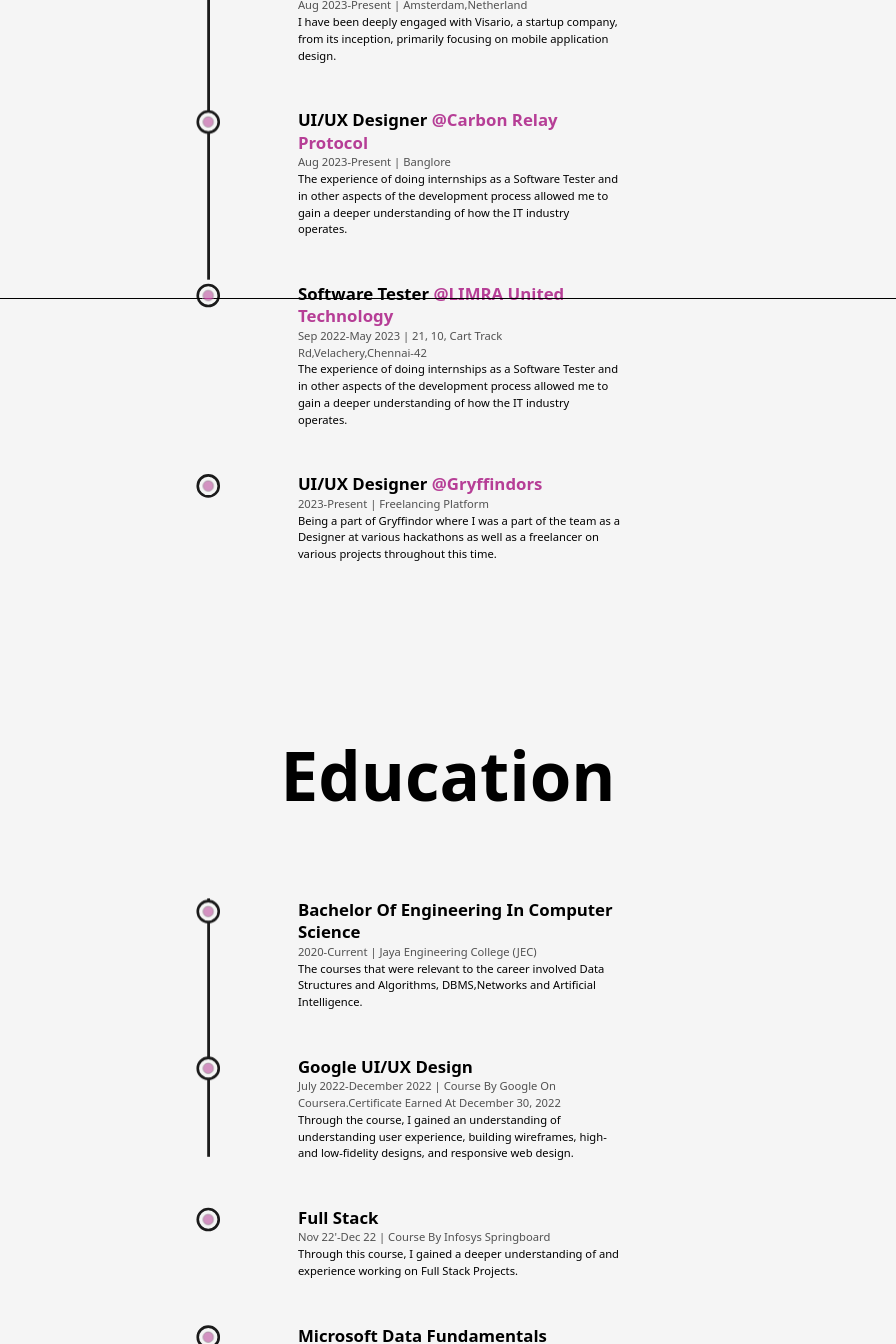
Repository: SMaheshwaran/PP
Page: /about
These files come from the project's save history. The page is drawn as it stood at one moment and after the next save; the edit follows.
The browser window is 1280 px wide. The pictures show the part of the page from y = 2478 to 4398 px (the page is 5532 px tall before and 5508 px after), at 70% of full size.
The project was rebuilt for these pictures with package versions that can differ from the ones it lists, and the page was loaded fresh each time. The framework's server and built-in components were replaced by stand-ins that run in the browser. Also part of the build but not shown: next.config.js.

Above is the page before, as saved 2023-11-01 15:13:22.

### src/pages/_app.js
import Footer from '@/components/Footer';
import NavBar from '@/components/NavBar';
import '@/styles/globals.css'
import {Montserrat} from "next/font/google"
import Head from 'next/head'
import {AnimatePresence } from "framer-motion"
import { useRouter } from 'next/router';

const montserrat = Montserrat({
  subsets: ["latin"],
  variable:"--font-mont"
})

export default function App({ Component, pageProps }) {
  const router = useRouter();
  return (
    <>
    < Head>
    <meta name="viewport" content="width=device-width, initial-scale=1" />
    <link rel="icon" href="/favicon.ico" />
    </Head>

    <main className={`${montserrat.variable} font-mont bg-light dark:bg-dark w-full min-h-screen`}>
      <NavBar />
      <AnimatePresence mode="wait">
        <Component key={router.asPath} {...pageProps} />
      </AnimatePresence>
      <Footer />
  </main>
    </>
  );
}

### src/pages/_document.js
import { Html, Head, Main, NextScript } from 'next/document'
import Script from 'next/script'

export default function Document() {
  return (
    <Html lang="en">
      <Head />
      <body>
        <Script id="theme-switcher" strategy='beforeInteractive'>
          {`if (localStorage.theme === 'dark' || (!('theme' in localStorage) && window.matchMedia('(prefers-color-scheme: dark)').matches)) {
  document.documentElement.classList.add('dark')
} else {
  document.documentElement.classList.remove('dark')
}`}
        </Script>
        <Main />
        <NextScript />
      </body>
    </Html>
  )
}

### src/components/Footer.js
import React from 'react'
import Layout from './Layout'
import Link from 'next/link'

const Footer = () => {
  return (
    <footer className='w-full text-lg font-medium border-t-2 border-solid border-dark dark:text-light dark:border-light sm:text-base'>
        <Layout className='flex items-center justify-between py-8 lg:flex-col lg:py-6'>
            <span>{new Date().getFullYear()} &copy; All Rights Reserved.</span>
            <div className='flex items-center lg:py-2'>
                Build With <span className='px-1 text-2xl text-primary dark:text-primaryDark'>&#9825;</span>
            by&nbsp;<Link href="https://instagram.com/__._.mahi._._?igshid=ZDdkNTZiNTM=" target={"_blank"} className='underline underline-offset-2'>Mahesh</Link>
            </div>
            <Link href="https://www.instagram.com/mui_mux/" target={"_blank"} className='underline underline-offset-2'>Ping Me!</Link>
        </Layout>
    </footer>
  )
}

export default Footer

### src/components/AnimatedText.js
import React from 'react'
import {motion } from 'framer-motion'

const quote = {
    initial:{
        opactiy:1,
    },
    animate:{
       opactiy:1,
       transition:{
           delay:0.5,
           staggerChildren: 0.08,

       }
    }
}

const singleWord = {
    initial:{
        opactiy:0,
        y:50,
    },
    animate:{
       opactiy:1,
       y:0,
       transition:{
           duration:1,
       }
    }
}

const AnimatedText = ({text, className=""}) => {
  return (
    <div className='flex items-center justify-center w-full py-2 mx-auto overflow-hidden text-center sm:py-0'>
        <motion.h1 className={`inline-block w-full text-dark font-bold capitalize text-8xl dark:text-light ${className}`}
        variants={quote}
        initial="initial"
        animate="animate"
        >
            {

                text.split(" ").map((word,index) =>
                <motion.span key={word+'-'+index} className="inline-block"
                variants={singleWord}
                >
                    {word}&nbsp;
                </motion.span>
                )
            }
            </motion.h1>
        </div>
  )
}

export default AnimatedText

### src/components/Layout.js
import React from 'react'

const Layout = ({children,className=""}) => {
  return (
    <div className={`w-full h-full inline-block z-0 bg-light p-32 dark:bg-dark xl:p-24 lg:p-16 md:p-12 sm:p-8  ${className}`}>
        {children}
    </div>
  )
}

export default Layout

### src/components/Skills.js
import React from 'react'
import {motion} from "framer-motion"

const Skill = ({name,x,y}) => {

  return(
    <motion.div className='flex items-center justify-center rounded-full font-semibold bg-dark text-light
    py-3 px-6 shadow-dark cursor-pointer absolute dark:text-dark dark:bg-light
    lg:py-2 lg:px-4 md:text-sm md:py-1.5 md:px-3 xs:bg-transparent xs:dark:bg-transparent
    xs:text-dark xs:dark:text-light xs:font-bold
    '
    whileHover={{scale:1.05}}
    initial={{x:0,y:0}}
    whileInView={{ x:x, y:y, transition: {duration:1.5} }}
    viewport={{once:true}}
    >
      {name}
    </motion.div>
  )
}

const Skills = () => {
  return (
    <>
    <h2 className='w-full mt-64 font-bold text-center text-8xl md:text-6xl md:mt-32'>Skills</h2>
    <div className='relative flex items-center justify-center w-full h-screen rounded-full bg-circularLight dark:bg-circularDark
    lg:h-[80vh] sm:h-[60vh] xs:h-[50vh]
    lg:bg-circularLightLg lg:dark:bg-circularDarkLg
    md:bg-circularLightMd md:dark:bg-circularDarkMd
    sm:bg-circularLightSm sm:dark:bg-circularDarkSm
    '>
      <motion.div className='flex items-center justify-center p-8 font-semibold rounded-full cursor-pointer bg-dark text-light shadow-dark dark:text-dark dark:bg-light lg:p-6 md:p-4 xs:text-xs xs:p-2 '
      whileHover={{scale:1.05}}
      >Web
      </motion.div>

      <Skill name="HTML" x="-20vw" y="2vw"/>
      <Skill name="CSS" x="3vw" y="-7vw"/>
      <Skill name="Javascript" x="20vw" y="4vw"/>
      <Skill name="ReactJS" x="-10vw" y="11vw"/>
      <Skill name="NextJS" x="-22vw" y="-15vw"/>
      <Skill name="Web Design" x="32vw" y="-6vw"/>
      <Skill name="Graphic Design" x="15vw" y="-15vw"/>
      <Skill name="Figma" x="-7vw" y="-21vw"/>
      <Skill name="Tailwindcss" x="-29vw" y="18vw"/>
      <Skill name="Adobe XD" x="9vw" y="-24vw"/>



    </div>
    </>
  )
}

export default Skills

### src/components/Experience.js
import {React,useRef } from 'react';
import { motion,useScroll } from "framer-motion"
import LiIcon from './LiIcon';

const Details = ({position,company,companyLink,time,address,work}) =>{
    const ref = useRef(null);


    return (

    <li ref={ref} className="my-8 first:mt-0 last:mb-0 w-[60%] mx-auto flex flex-col items-center justify-between md:w-[80%]">

           <LiIcon reference={ref}/>
            <motion.div
            initial={{y:50}}
            whileInView={{y:0}}
            transition={{duration:0.5,type:"spring"}}
            >
                <h3 className="text-2xl font-bold capitalize sm:text-xl xs:text-lg">{position}&nbsp;<a href={companyLink}
                target="_blank"
                className="capitalize dark:text-primaryDark text-primary"
                >@{company}</a></h3>
                <span className="font-medium capitalize text-dark/75 dark:text-light/75 xs:text-sm">
                   {time} | {address}
                </span>
                <p className="w-full font-medium md:text-sm">
                    {work}
                </p>
            </motion.div>
     </li>
  );
};



const Experience = () => {
    const ref = useRef (null);
    const {scrollYProgress} = useScroll(
        {
            target: ref,
            offset: ["start end", "center start"]

        }
    )
  return (
    <div className="my-64">
     <h2 className="w-full mb-32 font-bold text-center text-8xl md:text-6xl xs:text-4xl md:mb-16">
         Experience
         </h2>

    <div ref={ref}className="w-[75%] mx-auto relative lg:w-[90%] md:w-full">

<motion.div
style={{scaleY: scrollYProgress}}
className="absolute left-10 top-0 w-[4px] h-full bg-dark origin-top dark:bg-light
md:w-[2px] md:left-[35px] xs:left-[33px]
"/>
        <ul className="flex flex-col items-start justify-between w-full ml-4 xs:ml-5">
        <Details
            position="UI/UX Designer"
            company="Visario Pvt.Ltd"
            commpanyLink="https://www.linkedin.com/company/limraunited/mycompany/"
            time="Aug 2023-Present"
            address="Amsterdam,Netherland"
            work="I have been deeply engaged with Visario, a startup company, from its
            inception, primarily focusing on mobile application design."
            />

        <Details
            position="UI/UX Designer"
            company="Carbon Relay Protocol"
            commpanyLink="https://www.linkedin.com/company/limraunited/mycompany/"
            time="Aug 2023-Present"
            address="Banglore"
            work="The experience of doing internships as a Software Tester and in other aspects of the development process allowed me to gain a deeper understanding of how the IT industry operates."
            />

            <Details
            position="Software Tester"
            company="LIMRA United Technology"
            commpanyLink="https://www.linkedin.com/company/limraunited/mycompany/"
            time="Sep 2022-May 2023"
            address="21, 10, Cart Track Rd,Velachery,Chennai-42"
            work="The experience of doing internships as a Software Tester and in other aspects of the development process allowed me to gain a deeper understanding of how the IT industry operates."
            />

<Details
            position="UI/UX Designer"
            company="Gryffindors"
            commpanyLink="https://gryffindors.vercel.app/"
            time="2023-Present"
            address="Freelancing Platform"
            work="Being a part of Gryffindor where I was a part of the team as a Designer at various hackathons as well as a freelancer on various projects throughout this time."
            />




        </ul>

        </div>

    </div>
  )
}

export default Experience

### src/components/Education.js
import {React,useRef } from 'react';
import { motion,useScroll } from "framer-motion"
import LiIcon from './LiIcon';

const Details = ({type,time,place,info}) =>{
    const ref = useRef(null);


    return (

    <li ref={ref} className="my-8 first:mt-0 last:mb-0 w-[60%] mx-auto flex flex-col items-center justify-between md:w-[80%]">

           <LiIcon reference={ref}/>
            <motion.div
            initial={{y:50}}
            whileInView={{y:0}}
            transition={{duration:0.5,type:"spring"}}
            >
                <h3 className="text-2xl font-bold capitalize sm:text-xl xs:text-lg">
                    {type}
                </h3>
                <span className="font-medium capitalize text-dark/75 dark:text-light/75 xs:text-sm">
                   {time} | {place}
                </span>
                <p className="w-full font-medium md:text-sm">
                    {info}
                </p>
            </motion.div>
     </li>
  );
};



const Education = () => {
    const ref = useRef (null);
    const {scrollYProgress} = useScroll(
        {
            target: ref,
            offset: ["start end", "center start"]

        }
    )
  return (
    <div className="my-64">
     <h2 className="w-full mb-32 font-bold text-center text-8xl md:text-6xl xs:text-4xl md:mb-16">
     Education
         </h2>

    <div ref={ref}className="w-[75%] mx-auto relative lg:w-[90%] md:w-full">

<motion.div
style={{scaleY: scrollYProgress}}
className="absolute left-10 top-0 w-[4px] h-full bg-dark origin-top dark:bg-light
md:w-[2px] md:left-[35px] xs:left-[33px]"/>
        <ul className="flex flex-col items-start justify-between w-full ml-4 xs:ml-5">
            <Details
            type="Bachelor Of Engineering In Computer Science"
            time="2020-Current"
            place="Jaya Engineering College (JEC)"
            info=" The courses that were relevant to the career involved Data Structures and Algorithms, DBMS,Networks and Artificial Intelligence."
            />
            <Details
            type="Google UI/UX Design"
            time="July 2022-December 2022"
            place="Course By Google on Coursera.Certificate earned at December 30, 2022  "
            info="Through the course, I gained an understanding of understanding user experience, building wireframes, high- and low-fidelity designs, and responsive web design."
            />
             <Details
            type="Full Stack"
            time="Nov 22'-Dec 22"
            place="Course By Infosys Springboard"
            info="Through this course, I gained a deeper understanding of and experience working on Full Stack Projects."
            />
            <Details
            type="Microsoft Data Fundamentals"
            time="Sept-22'"
            place="Course By Microsoft"
            info="Gained knowledge and experience with Exploring
            modern data warehouse analytics in Microsoft Azure through this course."
            />
              <Details
            type="CAD Modeling"
            time="Sept-22'"
            place="Course By Bentley Institute"
            info="Through this training, I have have acquired skills and knowledge that helps in 2D/3D CAD Modeling of Building Design"
            />
            <Details
            type="Robotics Automation Process"
            time="Oct-22'"
            place="Course By Automation Anywhere"
            info="Through this training, I have have acquired skills and knowledge that allows
             to continue my journey to Robotics Process Automation success."
            />
            <Details
            type="Python"
            time="Jan-2019'"
            place="Course By University Of Michigan"
            info="An online non-credit course authorized by University of Michigan and offered through
            Coursera on PYTHON"
            />
        </ul>

        </div>

    </div>
  )
}

export default Education

### src/components/TransitionEffect.js
import React from 'react'
import { motion } from 'framer-motion'

const TransitionEffect = () => {
  return (
    <>
    <motion.div className='fixed top-0 bottom-0 z-30 w-screen h-screen right-full bg-blue'
    initial={{x:"100%",width:"100"}}
    animate={{x:"0%",width:"0"}}
    exit={{x:["0%","100%"],width:["0%","100%"]}}
    transition={{duration:0.8,ease:"easeInOut"}}
    />
    <motion.div className='fixed top-0 bottom-0 z-20 w-screen h-screen right-full bg-light'
    initial={{x:"100%",width:"100"}}
    animate={{x:"0%",width:"0"}}
    transition={{delay:0.2,duration:0.8,ease:"easeInOut"}}
    />
    <motion.div className='fixed top-0 bottom-0 z-10 w-screen h-screen right-full bg-dark'
    initial={{x:"100%",width:"100"}}
    animate={{x:"0%",width:"0"}}
    transition={{delay:0.4,duration:0.8,ease:"easeInOut"}}
    />
    </>
  )
}

export default TransitionEffect

### src/components/BackToTop.js
import React, { useState, useEffect } from 'react';
import { BsArrowUpCircleFill } from "react-icons/bs";

const BackToTop = () => {
  const [showButton, setShowButton] = useState(false);

  useEffect(() => {
    const handleScroll = () => {
      const currentPosition = window.pageYOffset;
      if (currentPosition > 200) {
        setShowButton(true);
      } else {
        setShowButton(false);
      }
    };
    window.addEventListener('scroll', handleScroll);
    return () => {
      window.removeEventListener('scroll', handleScroll);
    };
  }, []);

  const handleClick = () => {
    window.scrollTo({
      top: 0,
      behavior: 'smooth',
    });
  };

  return (
    <>
      {showButton && (
        <div
          className="fixed z-50 bottom-4 right-4"
          onClick={handleClick}
          role="button"
          aria-label="Back to top"
        >
          <BsArrowUpCircleFill className="text-4xl border border-transparent border-solid rounded-full text-dark bg-dark text-light dark:border-light" />
        </div>
      )}
    </>
  );
};

export default BackToTop;

### src/components/logo.js
import Link from 'next/link'
import React from 'react'
import {motion}  from "framer-motion";

const MotionLink = motion(Link);

const logo = () => {
  return (
    <div className='flex items-center mt-2 justify-centre'>
        <MotionLink href="/"
            className='flex items-center justify-center w-16 h-16 text-2xl font-bold border border-transparent border-solid rounded-full bg-dark text-light dark:border-light'
            whileHover={{
                backgroundColor:["#121212", "rgba(131,58,180,1)","rgba(253,29,29,1)","rgba(252,176,69,1)","rgba(131,58,180,1)", "#121212"],
                transition:{duration:1, repeat: Infinity}
            }}

            >M</MotionLink>
        </div>
  )
}

export default logo

### src/components/hooks/useThemeSwitcher.js
import React, {useEffect, useState} from 'react'

const useThemeSwitcher = () => {

    const preferDarkQuery = "(prefer-color-scheme: dark)";
    const [mode,setMode] = useState("");

    useEffect(() => {
        const mediaQuery = window.matchMedia(preferDarkQuery);
        const userPref = window.localStorage.getItem("theme");

        const handleChange = () => {
            if(userPref){
                let check = userPref == "dark" ? "dark" : "light";
                setMode(check);
                if(check=="dark"){
                    document.documentElement.classList.add("dark")
                }else{
                    document.documentElement.classList.remove("dark")
                }
            }else{
                let check = mediaQuery.matches ? "dark" : "light";
                setMode(check);
                if(check=="dark"){
                    document.documentElement.classList.add("dark")
                }else{
                    document.documentElement.classList.remove("dark")
                }
            }
        }

        handleChange();

        mediaQuery.addEventListener("change",handleChange)

         return () => mediaQuery.removeEventListener("change",handleChange)
    }, [])

    useEffect(() => {
        if(mode === "dark"){
            window.localStorage.setItem("theme","dark");
            document.documentElement.classList.add("dark")
        }

        if(mode === "light"){
            window.localStorage.setItem("theme","light");
            document.documentElement.classList.remove("dark")
        }
    }, [mode])

  return [mode, setMode]
}

export default useThemeSwitcher

### src/components/LiIcon.js
import React from 'react'
import { motion,useScroll } from 'framer-motion'

const LiIcon = ({reference}) => {

  const {scrollYProgress} = useScroll(
      {
          target: reference,
          offset: ["center end", "center center"]

      }
  )

  return (
    <figure className='absolute left-1 stroke-dark dark:stroke-light'>
      <svg className='-rotate-90 md:w-[60px] md:h-[60px] xs:h-[40px]' width="75" height="75" viewBox='0 0 100 100' >
        <circle cx="75" cy="50" r="20" className='stroke-1 stroke-primary dark:stroke-primaryDark fill-none'/>
        <motion.circle cx="75" cy="50" r="20" className='stroke-[5px] fill-light dark:fill-dark'
        style={{
          pathLength : scrollYProgress
        }}
        />

        <circle cx="75" cy="50" r="10" className='stroke-1 animate-pulse fill-primary dark:fill-primaryDark'/>

      </svg>
    </figure>
  )
}

export default LiIcon

### tailwind.config.js
/** @type {import('tailwindcss').Config} */

const { fontFamily } = require('tailwindcss/defaultTheme')



module.exports = {
  content: [
    // Or if using `src` directory:
    "./src/**/*.{js,ts,jsx,tsx}",
  ],
  darkMode: 'class',
  theme: {
    extend: {
      fontFamily: {
        mont: ['var(--font-inter)', ...fontFamily.sans],
      },
      colors:{
        dark: "#1b1b1b",
        light: "#f5f5f5",
        blue:  "#000336",
        primary: "#B63E96", // 240,86,199
        primaryDark: "#58E6D9", // 80,230,217
        wlight:	"#8B0000",
        wDark:"DC143C"

      },
      animation:{
        'spin-slow': 'spin 8s linear infinite',
      },
      backgroundImage:{
        circularLight:
        "repeating-radial-gradient(rgba(0,0,0,0.4) 2px,#f5f5f5 5px,#f5f5f5 100px)",

    circularDark:
        "repeating-radial-gradient(rgba(255,255,255,0.5) 2px,#1b1b1b 8px,#1b1b1b 100px)",

    circularLightLg:
        "repeating-radial-gradient(rgba(0,0,0,0.4) 2px,#f5f5f5 5px,#f5f5f5 80px)",

    circularDarkLg:
        "repeating-radial-gradient(rgba(255,255,255,0.5) 2px,#1b1b1b 8px,#1b1b1b 80px)",

    circularLightMd:
        "repeating-radial-gradient(rgba(0,0,0,0.4) 2px,#f5f5f5 5px,#f5f5f5 60px)",

    circularDarkMd:
        "repeating-radial-gradient(rgba(255,255,255,0.5) 2px,#1b1b1b 6px,#1b1b1b 60px)",

    circularLightSm:
        "repeating-radial-gradient(rgba(0,0,0,0.4) 2px,#f5f5f5 5px,#f5f5f5 40px)",

    circularDarkSm:
        "repeating-radial-gradient(rgba(255,255,255,0.5) 2px,#1b1b1b 4px,#1b1b1b 40px)",
      }
    },
    screens: {
      "2xl": { max: "1535px" },
      // => @media (max-width: 1535px) { ... }

      xl: { max: "1279px" },
      // => @media (max-width: 1279px) { ... }

      lg: { max: "1023px" },
      // => @media (max-width: 1023px) { ... }

      md: { max: "767px" },
      // => @media (max-width: 767px) { ... }

      sm: { max: "639px" },
      // => @media (max-width: 639px) { ... }

      xs: { max: "479px" },
      // => @media (max-width: 479px) { ... }
  },
  },
 plugins: [],
}

Loaded but not shown: src/styles/globals.css (common file); src/components/icon.js (468 lines, source omitted); src/components/NavBar.js (220 lines, source omitted); src/pages/about.js (110 lines, source omitted)

After the next save:
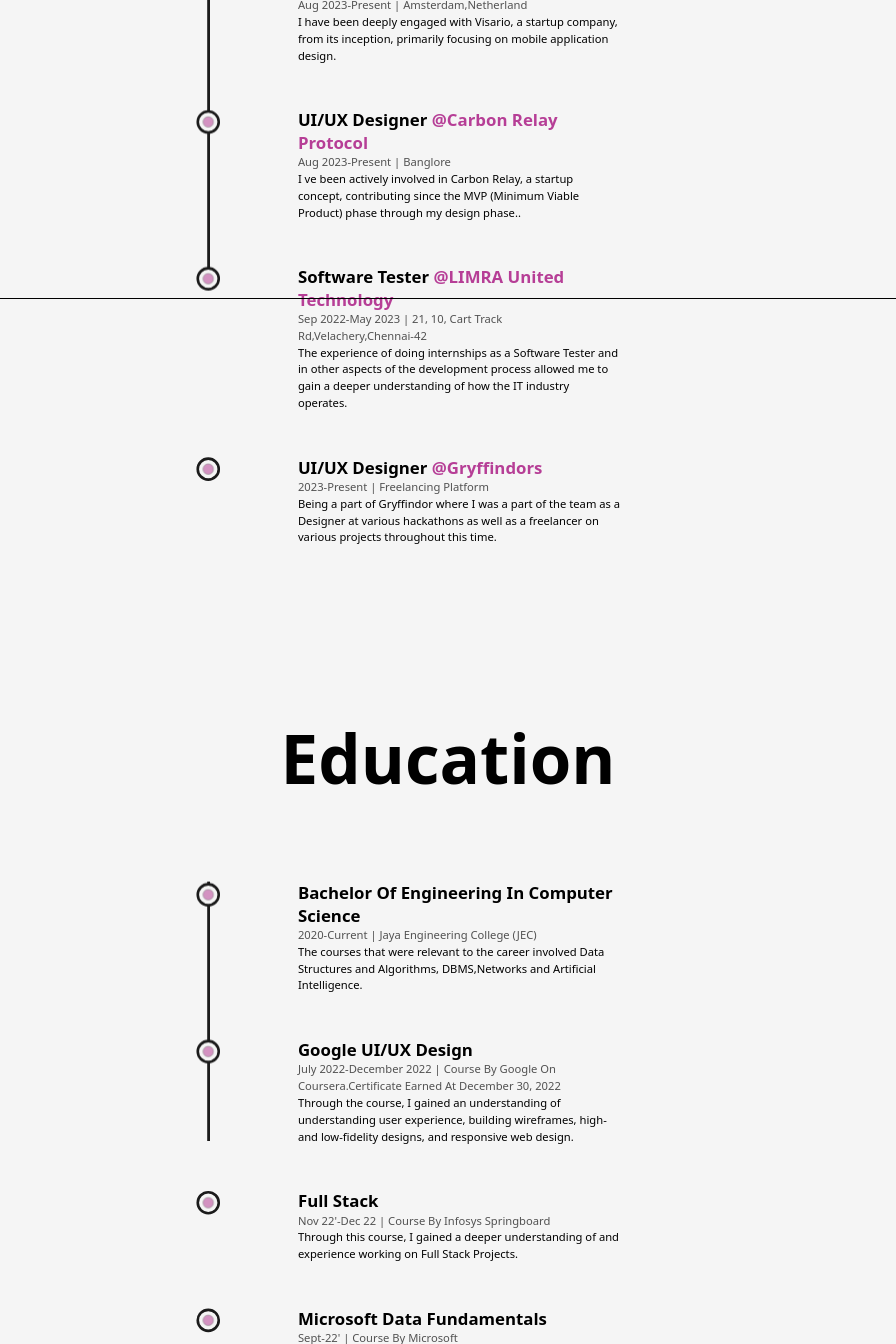
Saved 108 s later.
--- a/src/components/Experience.js
+++ b/src/components/Experience.js
@@ -72,7 +72,9 @@ md:w-[2px] md:left-[35px] xs:left-[33px]
             commpanyLink="https://www.linkedin.com/company/limraunited/mycompany/"
             time="Aug 2023-Present"
             address="Banglore"
-            work="The experience of doing internships as a Software Tester and in other aspects of the development process allowed me to gain a deeper understanding of how the IT industry operates."
+            work="I ve been actively involved in Carbon Relay, a startup concept,
+contributing since the MVP (Minimum Viable Product) phase through my
+design phase.."
             />
 
             <Details
